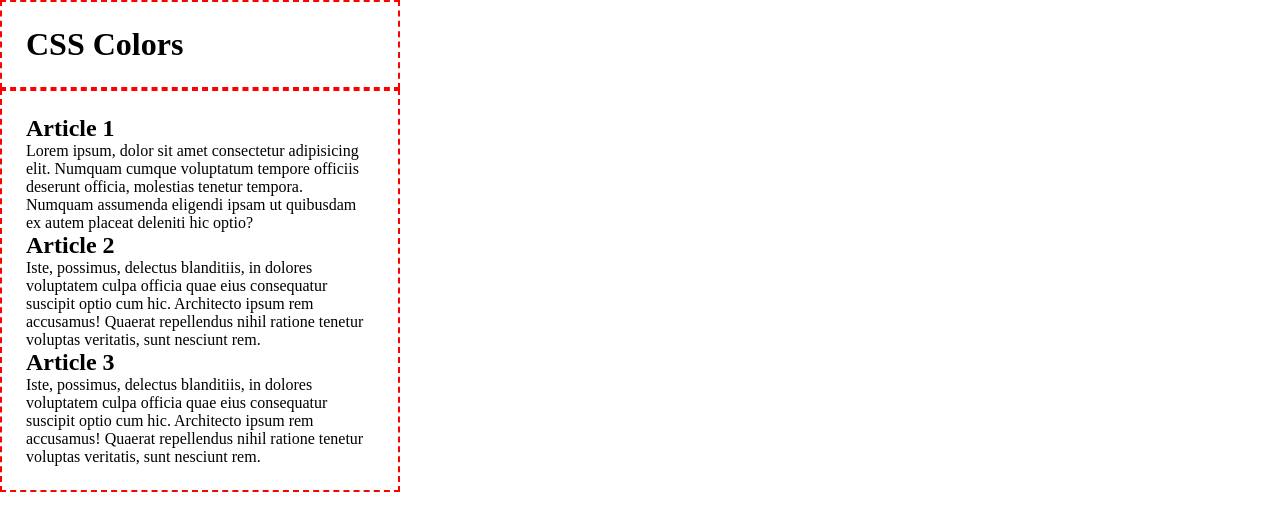
Repository: madhurik9999/Css
Page: index.html
An editor plug-in stored every save of this project. The page is shown before and after the next save, followed by the edit.
The browser window is 1280 px wide. The pictures show the whole page.

Above is the page before, as saved 2023-12-09 12:04:54.

### index.html
<!DOCTYPE html>
<html lang="en">

<head>
    <meta charset="UTF-8">
    <meta http-equiv="X-UA-Compatible" content="IE=edge">
    <meta name="viewport" content="width=device-width, initial-scale=1.0">
    <title>Document</title>
    <link rel="stylesheet" href="styles/style.css">
</head>

<body>
    <header class="container">
        <h1>CSS Colors</h1>
    </header>
    <main class="container">
        <article>
            <h2>Article 1</h2>
            <p class="gray">Lorem ipsum, dolor sit amet consectetur adipisicing elit. Numquam cumque voluptatum tempore
                officiis
                deserunt
                officia, molestias tenetur tempora. Numquam assumenda eligendi ipsam ut quibusdam ex autem placeat
                deleniti
                hic optio?</p>
        </article>
        <article>
            <h2>Article 2</h2>
            <p class="two">Iste, possimus, delectus blanditiis, in dolores voluptatem culpa officia quae
                eius
                consequatur
                suscipit optio
                cum hic. Architecto ipsum rem accusamus! Quaerat repellendus <span class="highlight">nihil</span>
                ratione tenetur voluptas
                veritatis,
                sunt
                nesciunt rem.</p>
        </article>
        <article>
            <h2>Article 3</h2>
            <p class="three">Iste, possimus, delectus blanditiis, in dolores voluptatem culpa officia quae eius
                consequatur
                suscipit optio
                cum hic. Architecto <span class="highlight">ipsum</span> rem accusamus! Quaerat repellendus nihil
                ratione tenetur voluptas
                veritatis,
                sunt
                nesciunt rem.</p>
        </article>
    </main>
</body>

</html>

### styles/style.css
/* Selectors */
/* html {
    font-size: 22px;
}

body {
    font-size: 22px;
}

main {
    font-family: monospace;
}

button,
input,
textarea,
select {
    font: inherit;
}

p {
    color: purple;
}

.highlight {
    text-transform: uppercase;
    background-color: gold;
}

.gray {
    color: grey;
}

#second {
    font-style: italic;
} */

/* Colors */
/* body {
    font-size: 22px;
    font-family: Arial, Helvetica, sans-serif;
    line-height: 1.5;
    background: papayawhip;
    color: rgb(255, 0, 0);
}

p {
    color: #ff00ffd2;
} */

/* Css Units & Sizes */
/* * {
    margin: 0;
    padding: 0;
    box-sizing: border-box;
}

body {
    width: 100%;
    height: 100vh;
}

h1 {
    border: 2px dashed red;
    width: 50%;
    font-size: 3rem;
    padding: 0.5em;
}

main {
    font-size: 2rem;
}

p {
    font-size: 2rem;
} */

/* CSS BOX MODEL */
/* * {
    margin: 0;
    padding: 0;
    box-sizing: border-box;
}

h1 {
    border: 2px dashed red;
    width: 400px;
    font-size: 3rem;
    padding: 0.5em;
} */

/* /Box Modal */
* {
    margin: 0;
    padding: 0;
    box-sizing: border-box;
}

.container {
    border: 2px dashed red;
    width: 400px;
    padding: 1.5rem;
}

After the next save:
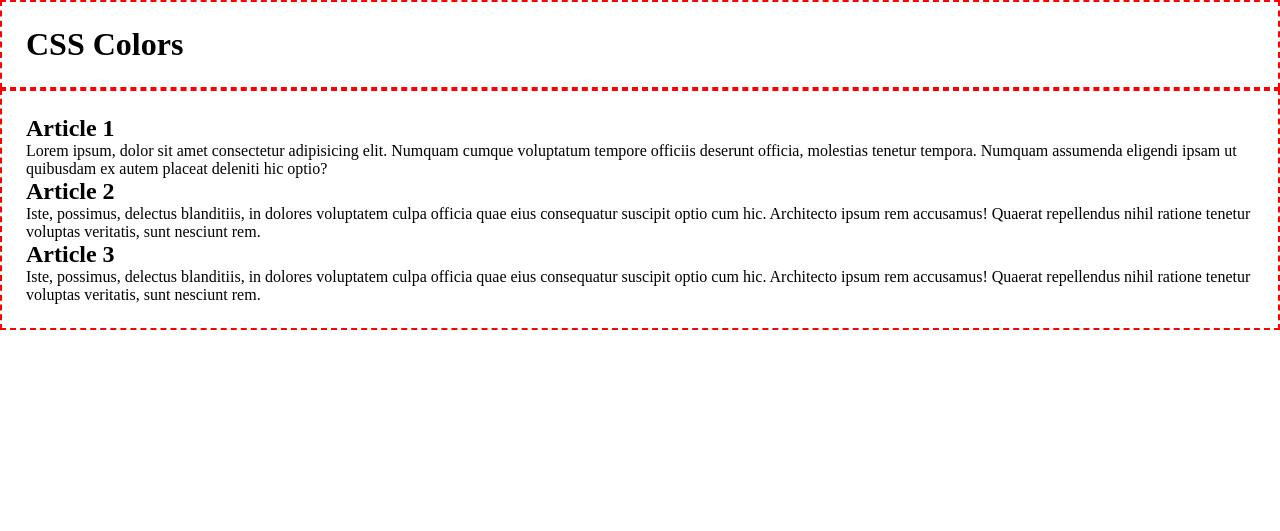
Saved 16 s later.
--- a/styles/style.css
+++ b/styles/style.css
@@ -98,6 +98,5 @@ h1 {
 
 .container {
     border: 2px dashed red;
-    width: 400px;
     padding: 1.5rem;
 }
